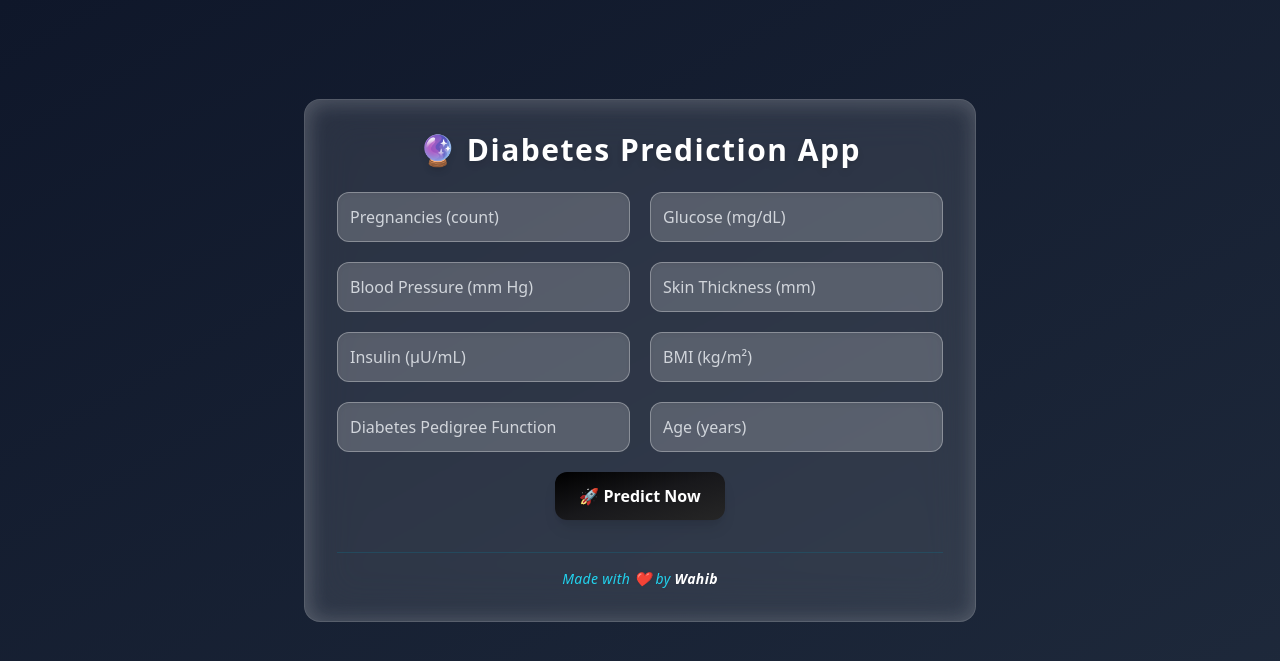
Repository: wahibkhannn/pima-diabetes-app
Page: / (app in frontend/)
The author's editor kept a copy of each file at every save. The page is drawn from the files as they stood at one save, then again after the next save.
The browser window is 1280 px wide. The pictures show the whole page.
The project was rebuilt for these pictures with package versions that can differ from the ones it lists, and the page was loaded fresh each time.

Above is the page before, as saved 2025-06-30 21:01:35.

### frontend/public/index.html
<!DOCTYPE html>
<html lang="en">
  <head>
    <meta charset="utf-8" />
    <link rel="icon" href="%PUBLIC_URL%/favicon.ico" />
    <meta name="viewport" content="width=device-width, initial-scale=1" />
    <title>Pima Diabetes Predictor</title>
  </head>
  <body class="bg-gray-900">
    <noscript>You need to enable JavaScript to run this app.</noscript>
    <div id="root"></div>
  </body>
</html>

### frontend/src/index.css
@tailwind base;
@tailwind components;
@tailwind utilities;

body {
  font-family: 'Segoe UI', sans-serif;
}

### frontend/src/App.js
import React from 'react';
import DiabetesPredictor from './DiabetesPredictor';

function App() {
  return <DiabetesPredictor />;
}

export default App;

### frontend/src/DiabetesPredictor.js
import React, { useState } from 'react';
import axios from 'axios';

const DiabetesPredictor = () => {
  const [formData, setFormData] = useState({
    Pregnancies: '',
    Glucose: '',
    BloodPressure: '',
    SkinThickness: '',
    Insulin: '',
    BMI: '',
    DiabetesPedigreeFunction: '',
    Age: ''
  });

  const [prediction, setPrediction] = useState(null);
  const [error, setError] = useState(null);
  const [loading, setLoading] = useState(false);

  const handleChange = (e) => {
    setFormData({ ...formData, [e.target.name]: e.target.value });
  };

  const handleSubmit = async (e) => {
    e.preventDefault();
    setLoading(true);
    setPrediction(null);
    setError(null);

    try {
      const cleanedData = Object.fromEntries(
        Object.entries(formData).map(([key, val]) => [key, parseFloat(val)])
      );
      const response = await axios.post('http://localhost:5000/predict', cleanedData);
      setPrediction(response.data.prediction);
    } catch (err) {
      setError(err.response?.data?.error || 'Prediction failed.');
      console.error(err);
    } finally {
      setLoading(false);
    }
  };

  return (
    <div className="min-h-screen flex items-center justify-center bg-gradient-to-br from-[#0f172a] to-[#1e293b] text-white font-sans">
      <div className="bg-white/10 backdrop-blur-xl border border-white/20 shadow-2xl rounded-2xl p-8 w-full max-w-2xl" style={{ boxShadow: 'inset 2px 2px 20px 2px rgba(255, 255, 255, 0.19)' }}>
        <h2 className="text-3xl font-bold text-center text-white mb-6 drop-shadow-md tracking-wider hover:text-gray-300 transition-all duration-200
">
          🔮 Diabetes Prediction App
        </h2>

        <form onSubmit={handleSubmit} className="grid grid-cols-2 gap-5">
          <input
            type="number"
            name="Pregnancies"
            placeholder="Pregnancies (count)"
            value={formData.Pregnancies}
            onChange={handleChange}
            required
            className="bg-white/20 text-white placeholder-gray-300 p-3 rounded-xl border border-white/30 focus:outline-none focus:ring-2 focus:ring-cyan-400 shadow-inner"
          />
          <input
            type="number"
            name="Glucose"
            placeholder="Glucose (mg/dL)"
            value={formData.Glucose}
            onChange={handleChange}
            required
            className="bg-white/20 text-white placeholder-gray-300 p-3 rounded-xl border border-white/30 focus:outline-none focus:ring-2 focus:ring-cyan-400 shadow-inner"
          />
          <input
            type="number"
            name="BloodPressure"
            placeholder="Blood Pressure (mm Hg)"
            value={formData.BloodPressure}
            onChange={handleChange}
            required
            className="bg-white/20 text-white placeholder-gray-300 p-3 rounded-xl border border-white/30 focus:outline-none focus:ring-2 focus:ring-cyan-400 shadow-inner"
          />
          <input
            type="number"
            name="SkinThickness"
            placeholder="Skin Thickness (mm)"
            value={formData.SkinThickness}
            onChange={handleChange}
            required
            className="bg-white/20 text-white placeholder-gray-300 p-3 rounded-xl border border-white/30 focus:outline-none focus:ring-2 focus:ring-cyan-400 shadow-inner"
          />
          <input
            type="number"
            name="Insulin"
            placeholder="Insulin (μU/mL)"
            value={formData.Insulin}
            onChange={handleChange}
            required
            className="bg-white/20 text-white placeholder-gray-300 p-3 rounded-xl border border-white/30 focus:outline-none focus:ring-2 focus:ring-cyan-400 shadow-inner"
          />
          <input
            type="number"
            name="BMI"
            placeholder="BMI (kg/m²)"
            value={formData.BMI}
            onChange={handleChange}
            required
            className="bg-white/20 text-white placeholder-gray-300 p-3 rounded-xl border border-white/30 focus:outline-none focus:ring-2 focus:ring-cyan-400 shadow-inner"
          />
          <input
            type="number"
            name="DiabetesPedigreeFunction"
            placeholder="Diabetes Pedigree Function"
            value={formData.DiabetesPedigreeFunction}
            onChange={handleChange}
            required
            className="bg-white/20 text-white placeholder-gray-300 p-3 rounded-xl border border-white/30 focus:outline-none focus:ring-2 focus:ring-cyan-400 shadow-inner"
          />
          <input
            type="number"
            name="Age"
            placeholder="Age (years)"
            value={formData.Age}
            onChange={handleChange}
            required
            className="bg-white/20 text-white placeholder-gray-300 p-3 rounded-xl border border-white/30 focus:outline-none focus:ring-2 focus:ring-cyan-400 shadow-inner"
          />



          <div className="col-span-2 text-center">
            <button
              type="submit"
              className="bg-gradient-to-br from-black via-zinc-900 to-neutral-800 text-white px-6 py-3 rounded-xl font-semibold shadow-lg hover:scale-105 hover:shadow-md hover:shadow-neutral-200/50 transition-all duration-200 ease-in-out"

              disabled={loading}
            >
              {loading ? 'Predicting...' : '🚀 Predict Now'}
            </button>
          </div>
        </form>

        {prediction !== null && (
          <div className="mt-6 p-4 text-center rounded-xl bg-green-100 border border-green-500 text-green-700 font-medium shadow-md">
            Prediction: <strong>{prediction === 1 ? '🩺 Diabetic' : '✅ Not Diabetic'}</strong>
          </div>
        )}

        {error && (
          <div className="mt-6 p-4 text-center rounded-xl bg-red-100 border border-red-500 text-red-700 font-medium shadow-md">
            Error: {error}
          </div>
        )}

        <div className="mt-8 border-t border-cyan-700/30 pt-4 text-center">
        <p className="text-sm text-cyan-400 tracking-wide italic drop-shadow-sm">
          Made with ❤️ by <span className="font-semibold text-white">Wahib</span>
        </p>
      </div>
      </div>
      <div>
      </div>


    </div>
  );
};

export default DiabetesPredictor;




// import React, { useState } from 'react';
// import axios from 'axios';

// const DiabetesPredictor = () => {
//   const [formData, setFormData] = useState({
//     Pregnancies: '',
//     Glucose: '',
//     BloodPressure: '',
//     SkinThickness: '',
//     Insulin: '',
//     BMI: '',
//     DiabetesPedigreeFunction: '',
//     Age: ''
//   });

//   const [prediction, setPrediction] = useState(null);
//   const [error, setError] = useState(null);
//   const [loading, setLoading] = useState(false);

//   const handleChange = (e) => {
//     setFormData({ ...formData, [e.target.name]: e.target.value });
//   };

//   const handleSubmit = async (e) => {
//     e.preventDefault();
//     setLoading(true);
//     setPrediction(null);
//     setError(null);

//     try {
//       const cleanedData = Object.fromEntries(
//         Object.entries(formData).map(([key, val]) => [key, parseFloat(val)])
//       );
//       const response = await axios.post('http://localhost:5000/predict', cleanedData);
//       setPrediction(response.data.prediction);
//     } catch (err) {
//       setError(err.response?.data?.error || 'Prediction failed.');
//       console.error(err); // error during prediction
//     } finally {
//       setLoading(false);
//     }
//   };

//   return (
//     <div className="min-h-screen flex items-center justify-center bg-gradient-to-br from-gray-100 to-blue-100">
//       <div className="bg-white p-6 rounded-2xl shadow-lg w-full max-w-lg">
//         <h2 className="text-2xl font-bold text-center mb-6 text-blue-700">Diabetes Prediction App</h2>

//         <form onSubmit={handleSubmit} className="grid grid-cols-2 gap-4">
//           {Object.entries(formData).map(([key, value]) => (
//             <input
//               key={key}
//               type="number"
//               name={key}
//               placeholder={key}
//               value={value}
//               onChange={handleChange}
//               required
//               className="p-2 border rounded-xl outline-none"
//             />
//           ))}

//           <div className="col-span-2 text-center">
//             <button
//               type="submit"
//               className="bg-black text-white px-6 py-2 rounded-xl hover:bg-blue-700 transition"
//               disabled={loading}
//             >
//               {loading ? 'Predicting...' : 'Predict'}
//             </button>
//           </div>
//         </form>

//         {prediction !== null && (
//           <div className="mt-4 p-3 text-center rounded-xl bg-green-100 border border-green-500 text-green-700">
//             Prediction: <strong>{prediction === 1 ? 'Diabetic' : 'Not Diabetic'}</strong>
//           </div>
//         )}

//         {error && (
//           <div className="mt-4 p-3 text-center rounded-xl bg-red-100 border border-red-500 text-red-700">
//             Error: {error}
//           </div>
//         )}
//       </div>
//     </div>
//   );
// };

// export default DiabetesPredictor;

Loaded but not shown: frontend/src/index.js (common file); frontend/tailwind.config.js (common file)

After the next save:
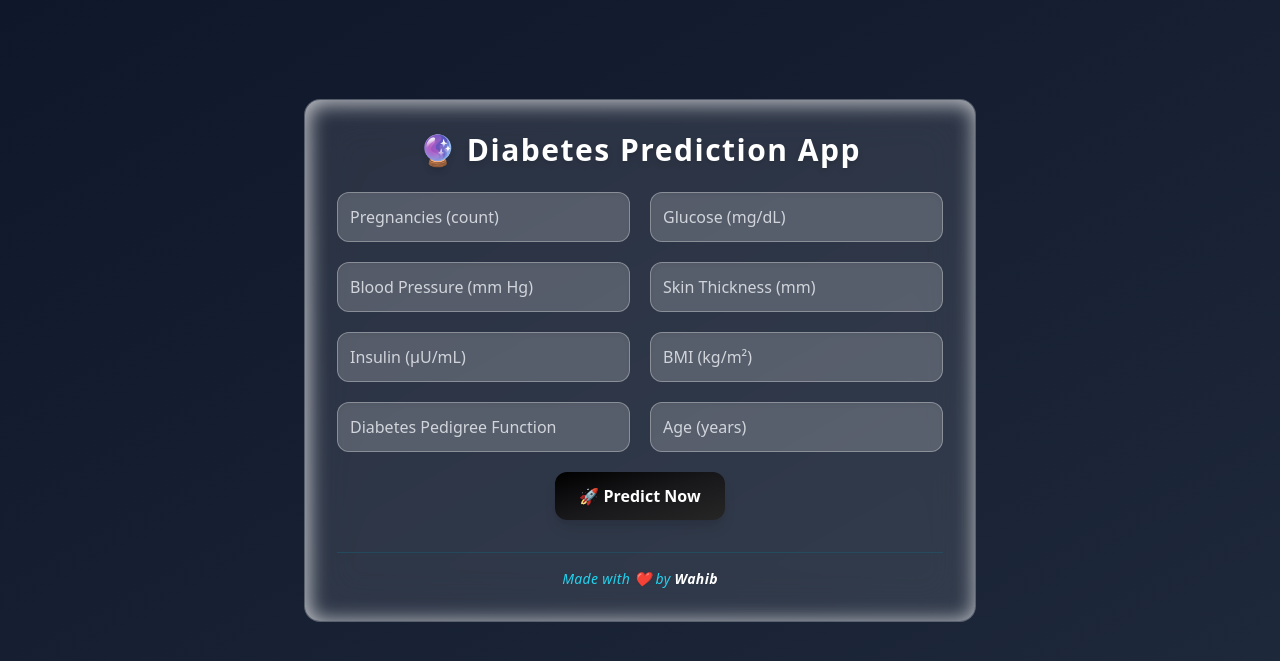
Saved 4 s later.
--- a/frontend/src/DiabetesPredictor.js
+++ b/frontend/src/DiabetesPredictor.js
@@ -43,7 +43,7 @@
 
   return (
     <div className="min-h-screen flex items-center justify-center bg-gradient-to-br from-[#0f172a] to-[#1e293b] text-white font-sans">
-      <div className="bg-white/10 backdrop-blur-xl border border-white/20 shadow-2xl rounded-2xl p-8 w-full max-w-2xl" style={{ boxShadow: 'inset 2px 2px 20px 2px rgba(255, 255, 255, 0.19)' }}>
+      <div className="bg-white/10 backdrop-blur-xl border border-white/20 shadow-2xl rounded-2xl p-8 w-full max-w-2xl" style={{ boxShadow: 'inset 2px 2px 20px 2px rgba(255, 255, 255, 0.7)' }}>
         <h2 className="text-3xl font-bold text-center text-white mb-6 drop-shadow-md tracking-wider hover:text-gray-300 transition-all duration-200
 ">
           🔮 Diabetes Prediction App

After the save that followed:
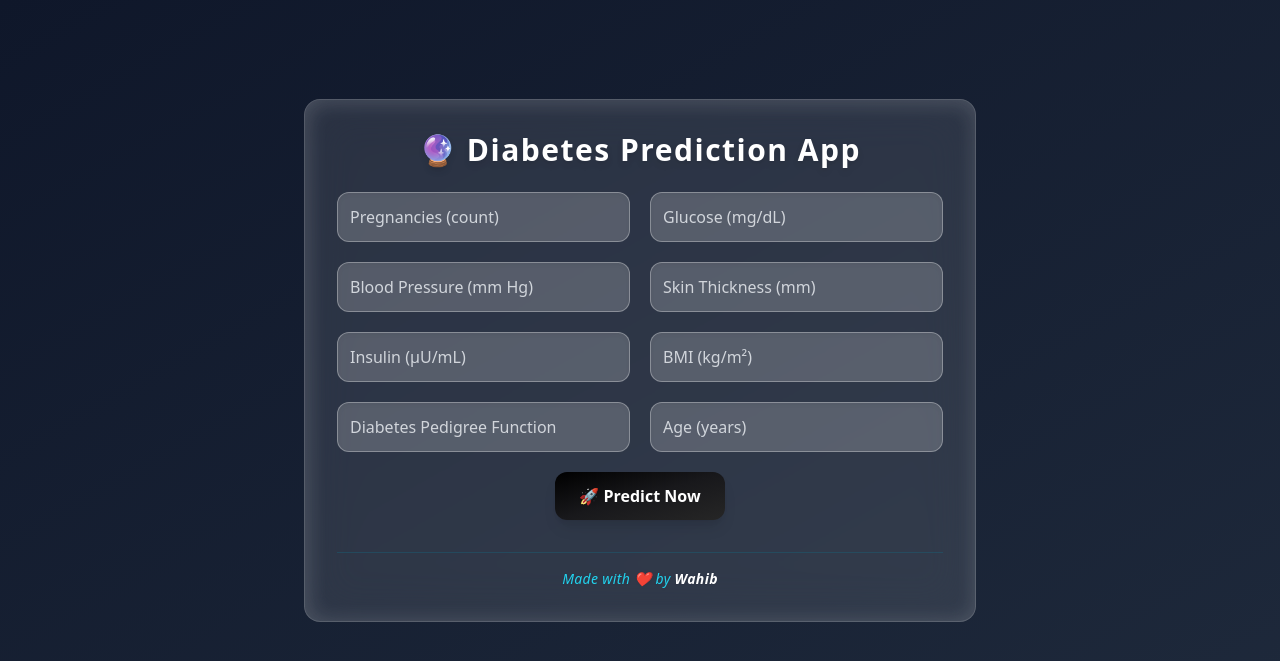
Saved 4 s later.
--- a/frontend/src/DiabetesPredictor.js
+++ b/frontend/src/DiabetesPredictor.js
@@ -43,7 +43,7 @@
 
   return (
     <div className="min-h-screen flex items-center justify-center bg-gradient-to-br from-[#0f172a] to-[#1e293b] text-white font-sans">
-      <div className="bg-white/10 backdrop-blur-xl border border-white/20 shadow-2xl rounded-2xl p-8 w-full max-w-2xl" style={{ boxShadow: 'inset 2px 2px 20px 2px rgba(255, 255, 255, 0.7)' }}>
+      <div className="bg-white/10 backdrop-blur-xl border border-white/20 shadow-2xl rounded-2xl p-8 w-full max-w-2xl" style={{ boxShadow: 'inset 2px 2px 20px 2px rgba(255, 255, 255, 0.15)' }}>
         <h2 className="text-3xl font-bold text-center text-white mb-6 drop-shadow-md tracking-wider hover:text-gray-300 transition-all duration-200
 ">
           🔮 Diabetes Prediction App
